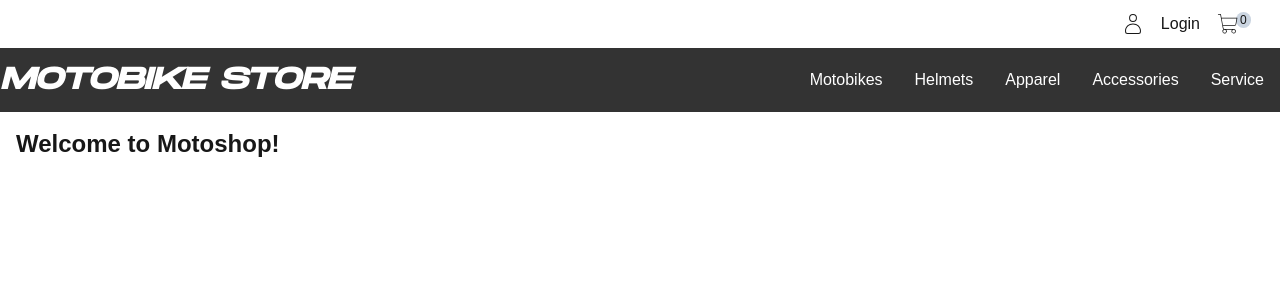
Repository: Than-sothearak/next-motoshop
Page: /
These files come from the project's save history. The page is drawn as it stood at one moment and after the next save; the edit follows.
The browser window is 1280 px wide. The pictures show the whole page.
The project was rebuilt for these pictures with package versions that can differ from the ones it lists, and the page was loaded fresh each time. The framework's server and built-in components were replaced by stand-ins that run in the browser. Also part of the build but not shown: next.config.mjs.

Above is the page before, as saved 2024-10-10 21:19:22.

After the next save:
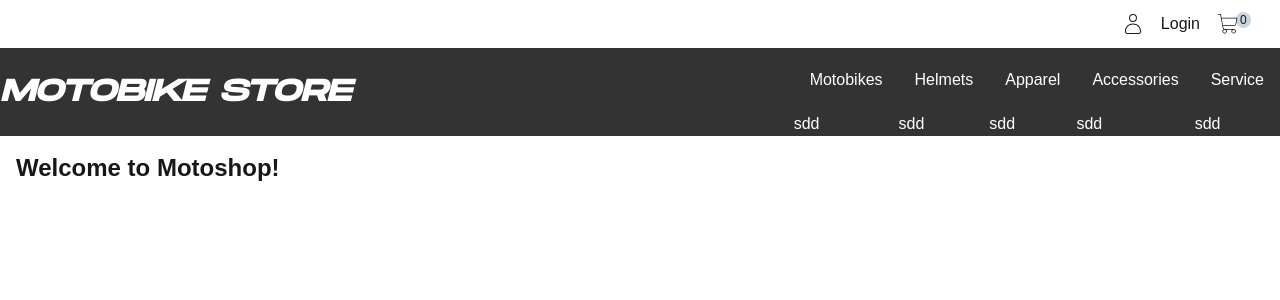
Saved 65 s later.
--- a/app/components/Navbar.js
+++ b/app/components/Navbar.js
@@ -1,17 +1,21 @@
-'use client'
+"use client";
 import { PiShoppingCartThin } from "react-icons/pi";
 import { CiUser } from "react-icons/ci";
 import { usePathname } from "next/navigation";
 const links = [
   { title: "Motobikes", link: "/motobike" },
-  { title: "Helmets", link: "/helmets", subLink: [{title: 'Fullface', link:'/helmets/fullface'}] },
+  {
+    title: "Helmets",
+    link: "/helmets",
+    subLink: [{ title: "Fullface", link: "/helmets/fullface" }],
+  },
   { title: "Apparel", link: "/apparel" },
   { title: "Accessories", link: "/accessories" },
   { title: "Service", link: "/service" },
 ];
 export default function Navbar() {
   const partName = usePathname();
-  console.log(partName)
+  console.log(partName);
   return (
     <>
       <div className="flex gap-4 h-12 justify-end px-10 items-center">
@@ -39,13 +43,20 @@
 
           <div className="flex text-white">
             {links.map((link) => (
-              <div
-                key={link.title}
-                className={`${partName === link.link ? 'bg-black underline' : ''} flex gap-4 h-16 px-4 justify-center items-center`}
-              >
-                <a href={link.link} className="cursor-pointer hover:underline">
-                  <h3>{link.title} </h3>
-                </a>
+              <div key={link.title}>
+                <div
+                  className={`${
+                    partName === link.link ? "bg-black underline" : ""
+                  } flex gap-4 h-16 px-4 justify-center items-center`}
+                >
+                  <a
+                    href={link.link}
+                    className="cursor-pointer hover:underline"
+                  >
+                    <h3>{link.title} </h3>
+                  </a>
+                </div>
+                <div>sdd</div>
               </div>
             ))}
           </div>

After the save that followed:
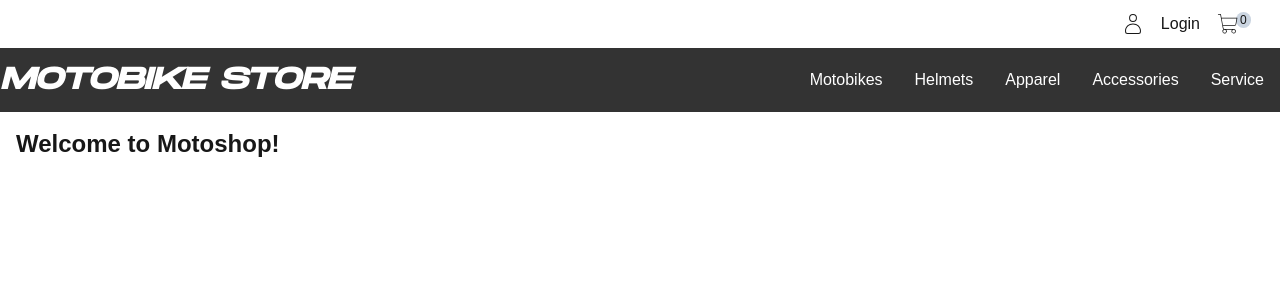
Saved 15 s later.
--- a/app/components/Navbar.js
+++ b/app/components/Navbar.js
@@ -1,21 +1,17 @@
-"use client";
+'use client'
 import { PiShoppingCartThin } from "react-icons/pi";
 import { CiUser } from "react-icons/ci";
 import { usePathname } from "next/navigation";
 const links = [
   { title: "Motobikes", link: "/motobike" },
-  {
-    title: "Helmets",
-    link: "/helmets",
-    subLink: [{ title: "Fullface", link: "/helmets/fullface" }],
-  },
+  { title: "Helmets", link: "/helmets", subLink: [{title: 'Fullface', link:'/helmets/fullface'}] },
   { title: "Apparel", link: "/apparel" },
   { title: "Accessories", link: "/accessories" },
   { title: "Service", link: "/service" },
 ];
 export default function Navbar() {
   const partName = usePathname();
-  console.log(partName);
+  console.log(partName)
   return (
     <>
       <div className="flex gap-4 h-12 justify-end px-10 items-center">
@@ -43,20 +39,13 @@
 
           <div className="flex text-white">
             {links.map((link) => (
-              <div key={link.title}>
-                <div
-                  className={`${
-                    partName === link.link ? "bg-black underline" : ""
-                  } flex gap-4 h-16 px-4 justify-center items-center`}
-                >
-                  <a
-                    href={link.link}
-                    className="cursor-pointer hover:underline"
-                  >
-                    <h3>{link.title} </h3>
-                  </a>
-                </div>
-                <div>sdd</div>
+              <div
+                key={link.title}
+                className={`${partName === link.link ? 'bg-black underline' : ''} flex gap-4 h-16 px-4 justify-center items-center`}
+              >
+                <a href={link.link} className="cursor-pointer hover:underline">
+                  <h3>{link.title} </h3>
+                </a>
               </div>
             ))}
           </div>
